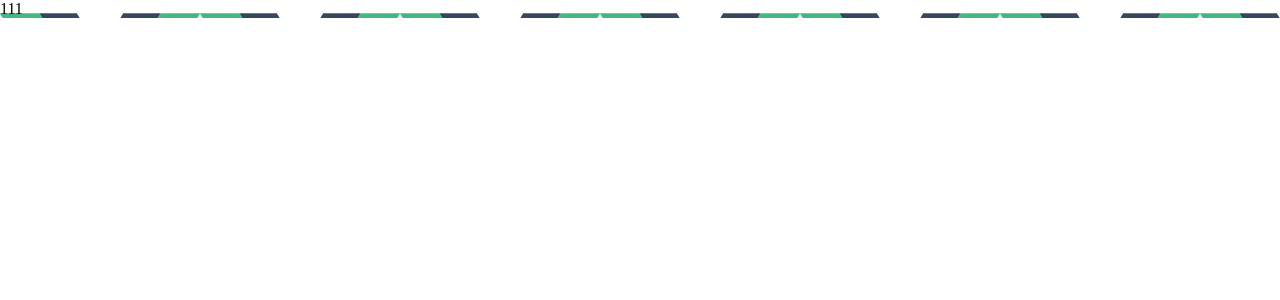
Repository: hnwj/big-event
Page: /reg
The author's editor kept a copy of each file at every save. The page is drawn from the files as they stood at one save, then again after a run of saves.
The browser window is 1280 px wide. The pictures show the whole page.
The project was rebuilt for these pictures with package versions that can differ from the ones it lists, and the page was loaded fresh each time. Also part of the build but not shown: vue.config.js, src/views/login.vue.

Above is the page before, as saved 2023-03-18 21:09:35.

### src/main.js
import { createApp } from 'vue'
import App from './App.vue'
import router from './router'
import store from './store'
import ElementPlus from 'element-plus'
import 'element-plus/dist/index.css'

// 导入基础的css文件
import '@/assets/global.less'

const app = createApp(App)
app.use(store)
app.use(router)
app.mount('#app')
app.use(ElementPlus)

### src/App.vue
<template>
  <div>
    <router-view />
  </div>
</template>

<style lang="less">
</style>

### src/router/index.js
import { createRouter, createWebHistory } from 'vue-router'
import Login from '@/views/login'
import Register from '@/views/register'

const routes = [
  {
    name: 'login',
    path: '/login',
    component: Login
  },
  {
    name: 'register',
    path: '/reg',
    component: Register
  }
]

const router = createRouter({
  history: createWebHistory(process.env.BASE_URL),
  routes
})

export default router

### src/assets/global.less
html,
body {
  margin: 0;
  padding: 0;
  height: 100%;
}

// 全局重置卡片的基础样式
.el-card.is-always-shadow,
.el-card.is-hover-shadow:focus,
.el-card.is-hover-shadow:hover {
  box-shadow: 0 1px 3px rgba(0, 0, 0, 0.1);
  // font-size: 13px;
}

### src/views/register.vue
<template>
  <!-- 注册整体盒子 -->
  <div class="reg-container">
    <div class="reg-box">
      <div class="title-box">111</div>
    </div>
  </div>
</template>

<script>
export default {

}
</script>

<style lang="less" scoped>
.reg-container {
  background: url('../../src/assets/logo.png');
}
</style>

Loaded but not shown: public/index.html (common file); src/store/index.js (common file)

After the next 2 saves:
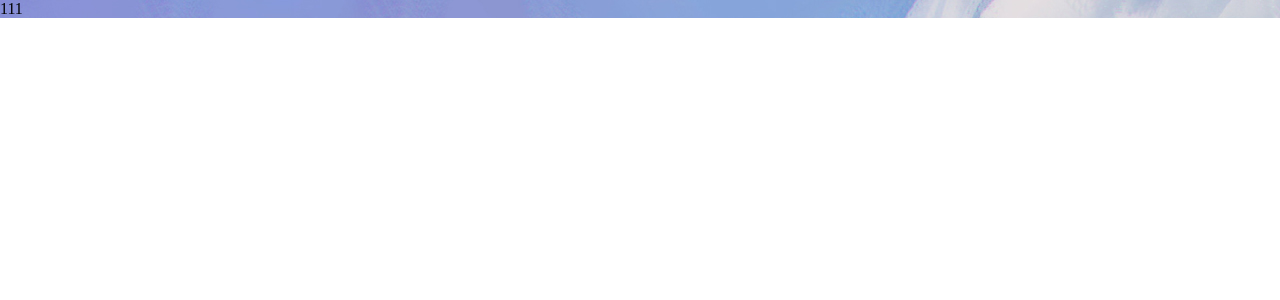
The 2 saves are shown as one change because 1 did not build or start.
The last was saved 6 min 57 s later.
--- a/src/views/register.vue
+++ b/src/views/register.vue
@@ -15,6 +15,6 @@
 
 <style lang="less" scoped>
 .reg-container {
-  background: url('../../src/assets/logo.png');
+  background: url('../../src/assets/images/bg.jpg');
 }
 </style>
